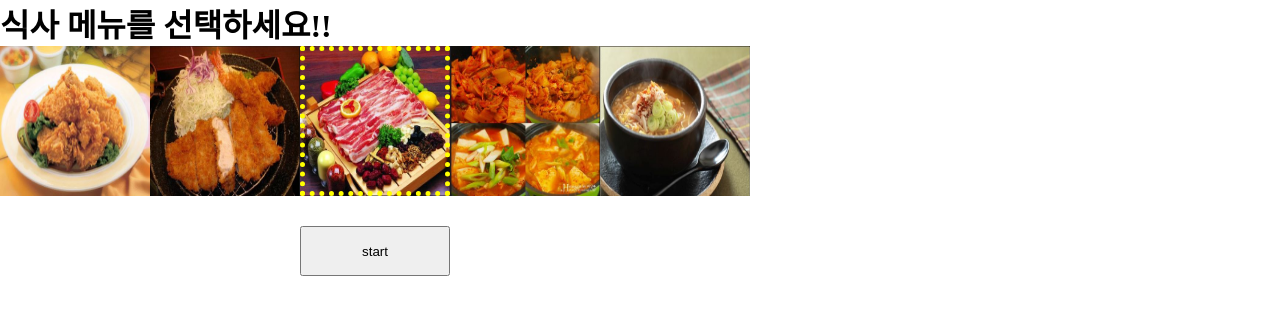
Repository: Junvelop/hkdevelope
Page: Downloads/back_end_edu20240624-master (1)/front_end_20240627/src/main/webapp/4.jq/jq04_메뉴선택하기.html
An editor plug-in stored every save of this project. The page is shown before and after the next save, followed by the edit.
The browser window is 1280 px wide. The pictures show the whole page.
After loading, the first visible `button` was clicked once.

Above is the page before, as saved 2024-09-02 07:08:22.

After the next save:
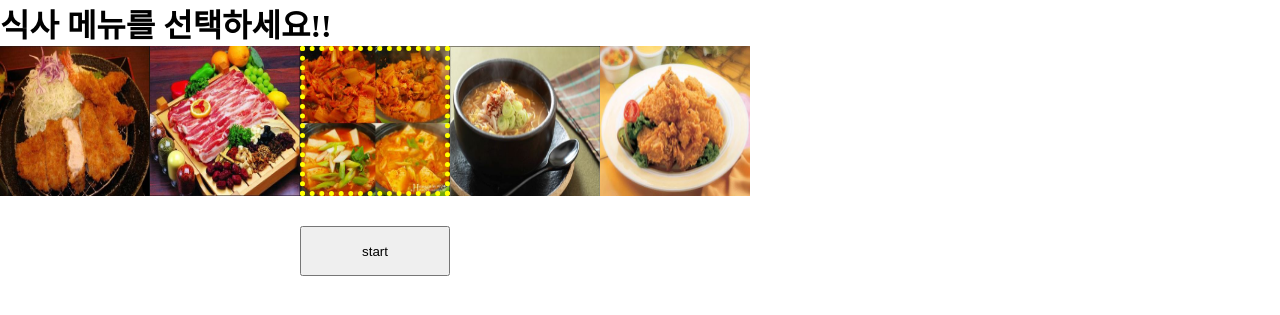
Saved 96 s later.
--- a/Downloads/back_end_edu20240624-master (1)/front_end_20240627/src/main/webapp/4.jq/jq04_메뉴선택하기.html
+++ b/Downloads/back_end_edu20240624-master (1)/front_end_20240627/src/main/webapp/4.jq/jq04_메뉴선택하기.html
@@ -38,7 +38,7 @@
 <script type ="text/javascript">
 $(function(){
 	$("button").click(function(){
-		$("#menu").append($("menu > img").first());
+		$("#menu").append($("#menu > img").first());
 	});
 });
 

After the save that followed:
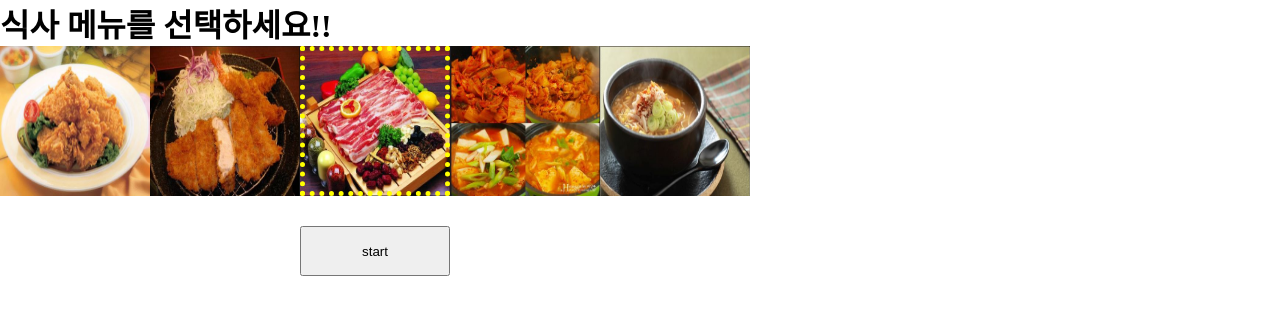
Saved 53 s later.
--- a/Downloads/back_end_edu20240624-master (1)/front_end_20240627/src/main/webapp/4.jq/jq04_메뉴선택하기.html
+++ b/Downloads/back_end_edu20240624-master (1)/front_end_20240627/src/main/webapp/4.jq/jq04_메뉴선택하기.html
@@ -38,7 +38,12 @@
 <script type ="text/javascript">
 $(function(){
 	$("button").click(function(){
-		$("#menu").append($("#menu > img").first());
+
+		setInterval(function(){
+			$("#menu").append($("#menu > img").first());
+		},100);
+
+
 	});
 });
 
